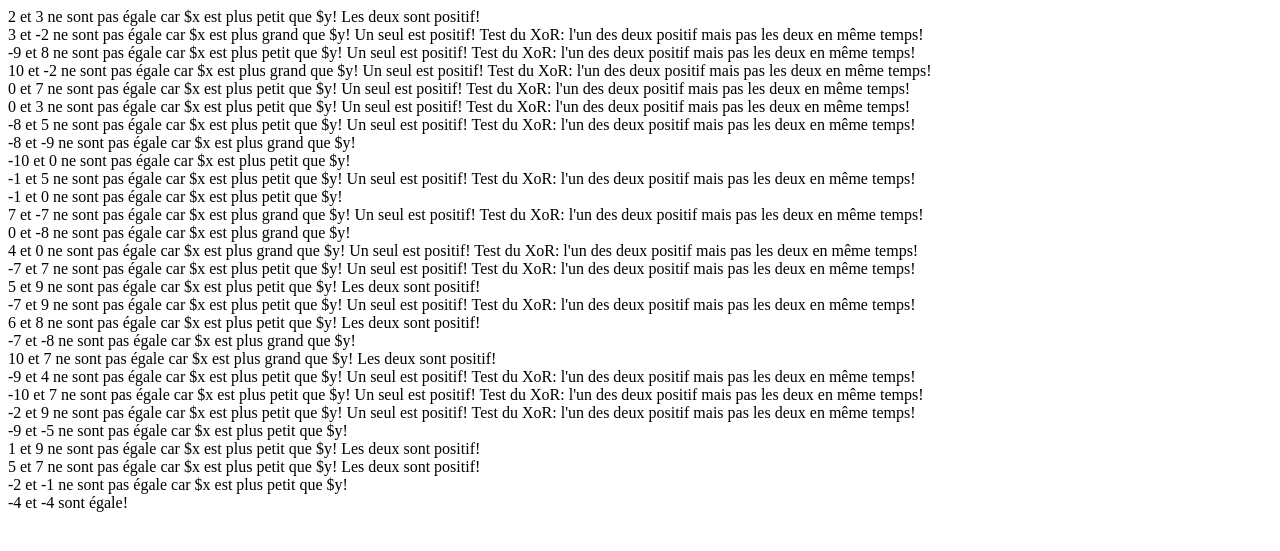
Repository: QuentinFayt/base-php-2021
Page: http://localhost/09-conditions.php
An editor plug-in stored every save of this project. The page is shown before and after the next save, followed by the edit.
The browser window is 1280 px wide. The pictures show the whole page.
The page is run by PHP 8.4 with error messages shown; the project is at /var/www/html/.

Above is the page before, as saved 2021-09-03 11:08:12.

After the next save:
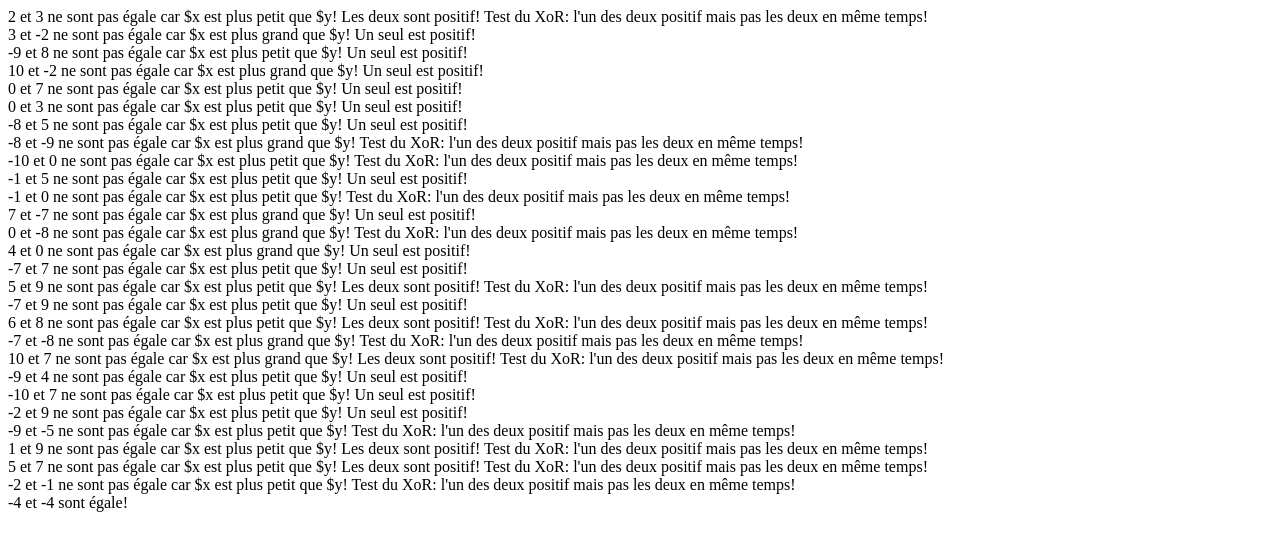
Saved 66 s later.
--- a/09-conditions.php
+++ b/09-conditions.php
@@ -13,7 +13,7 @@ do {
         } elseif (0 < $x || 0 < $y) {
             echo "Un seul est positif!";
         }
-        if (0 < $x ^ 0 < $y) {
+        if (!(0 < $x ^ 0 < $y)) {
             echo " Test du XoR: l'un des deux positif mais pas les deux en même temps!";
         }
         echo "</br>";
